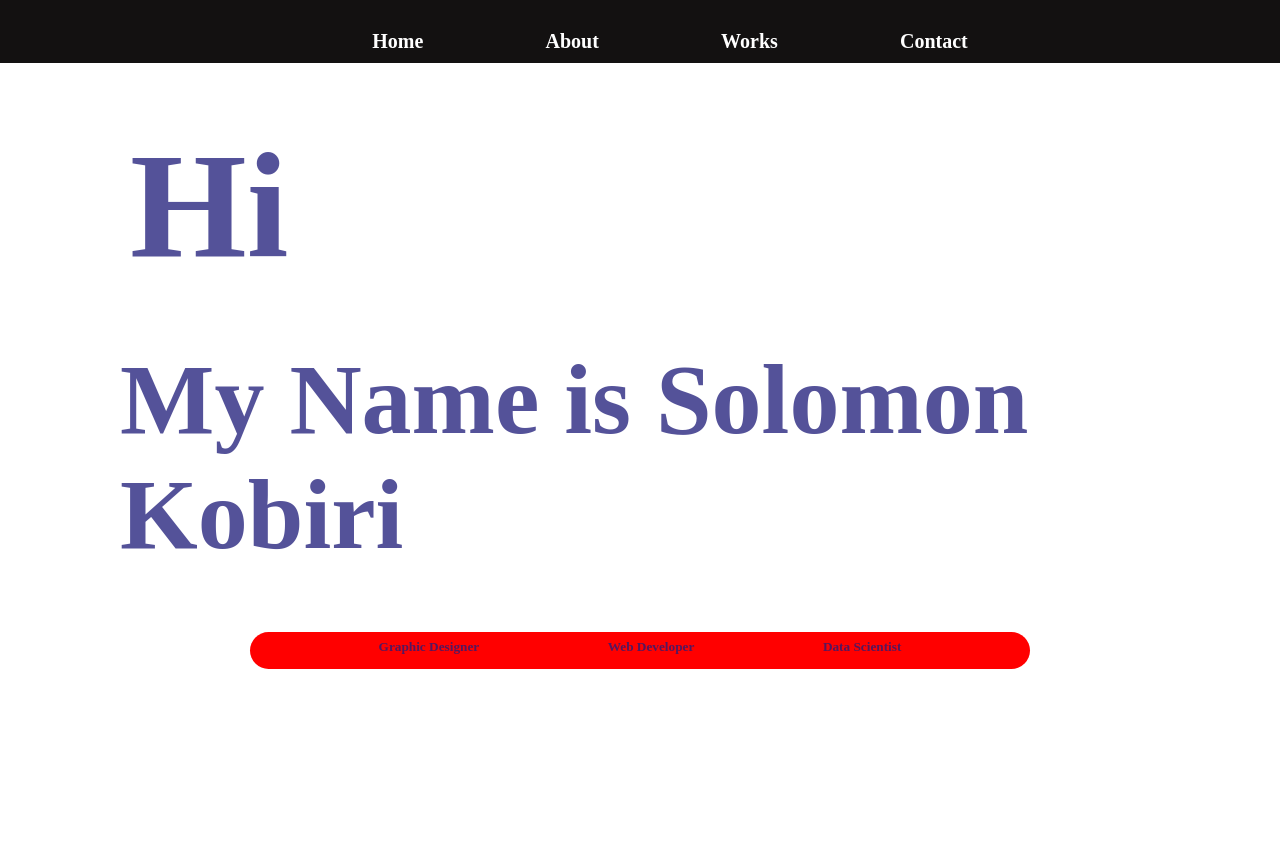
Repository: Kwabena-Kobiri/yellocoders
Page: index.html
These files come from the project's save history. The page is drawn as it stood at one moment and after the next save; the edit follows.
The browser window is 1280 px wide. The pictures show the whole page.

Above is the page before, as saved 2021-05-05 22:48:59.

### index.html
<!DOCTYPE html>
<html lang="en">
<head>
    <meta charset="UTF-8">
    <meta http-equiv="X-UA-Compatible" content="IE=edge">
    <meta name="viewport" content="width=device-width, initial-scale=1.0">
    <link rel="stylesheet" href="index.css" />
    <title>Y'ello</title>
</head>
<body>
    <!-- HEADER COMPONENT STARTS HERE -->
    <header id="header">
        <nav id="nav">
            <ul>
                <li>Home</li>
                <li>About</li>
                <li>Works</li>
                <li>Contact</li>
            </ul>
        </nav>
    </header>
    <!-- HEADER COMPONENT ENDS HERE -->


    <!-- LANDING PAGE STARTS HERE  -->
    <section id="LandingPage">
        <div class="Details">
            <h1>Hi</h1>
            <h3>My Name is Solomon Kobiri</h3>
        </div>
        <div class="Skills">
            <h5>Graphic Designer</h5>
            <h5>Web Developer</h5>
            <h5>Data Scientist</h5>
        </div>
    </section>
    <!-- LANDING PAGE ENDS HERE -->
</body>
</html>

### index.css
* {
    /* background-color: red; */
    margin: 0px;
}

/* HEADER STYLING STARTS HERE */
#header {
    background-color: rgba(19, 17, 17, 1);
    justify-content: center;
    padding: 10px;
    width: 100%;
    position: fixed;
    z-index: 999;
    color: white;
}

#nav {
    margin: 20px 200px 0px 200px;
    /* background-color: blue; */
}

#nav > ul {
    display: flex;
    flex-direction: row;
    justify-content: space-evenly;
    list-style: none;
}

#nav > ul > li {
    text-decoration: none;
    font-size: 20px;
    font-weight: 550;
}

/* HEADER STYLING ENDS HERE */


/* LANDING PAGE STYLING STARTS HERE */
#LandingPage {
    position: absolute;
    width: 100%;
    z-index: 0;
    color: rgba(32, 30, 122, 0.767);
    /* background-color: red; */
}

.Details {
    margin-top: 100px;
    margin-left: 100px;
    /* background-color: aqua;  */
}

.Details > h1 {
    margin: 50px 0px 20px 10px;
    font-size: 150px;
    padding: 20px;
}

.Details > h3 {
    margin-left: 10px;
    font-size: 100px;
    padding: 10px;
    justify-content: center;
}

.Skills {
    background-color: red;
    margin: 50px 250px 180px 250px;
    display: flex;
    flex-direction: row;
    justify-content: space-evenly;
    height: 30px;
    padding-top: 7px;
    border-radius: 20px;
}

/* .Skills > h5 {
    font-size: large;
    font-weight: bolder;
} */

/* LANDING PAGE STYLING ENDS HERE */

After the next save:
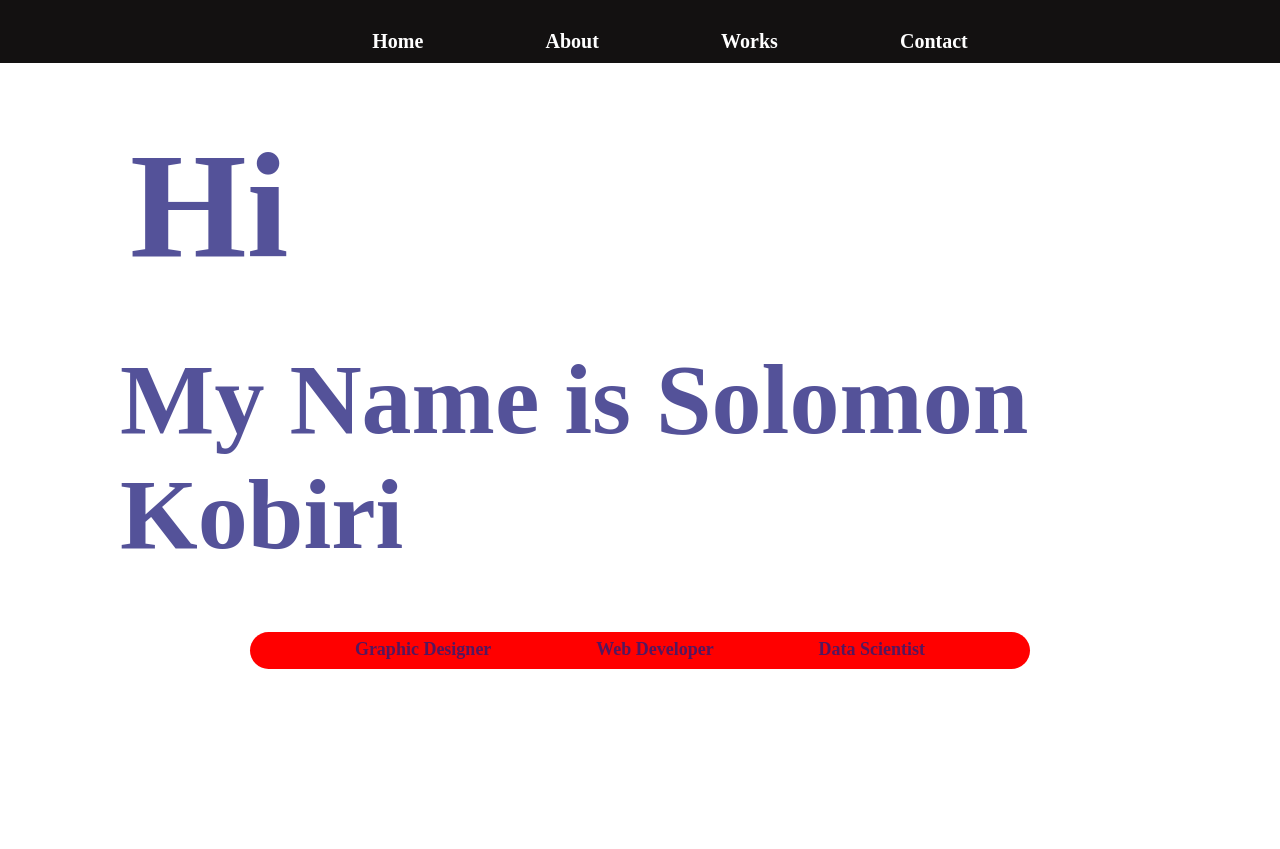
Saved 116 s later.
--- a/index.css
+++ b/index.css
@@ -74,9 +74,9 @@
     border-radius: 20px;
 }
 
-/* .Skills > h5 {
+.Skills > h5 {
     font-size: large;
     font-weight: bolder;
-} */
+}
 
 /* LANDING PAGE STYLING ENDS HERE */
